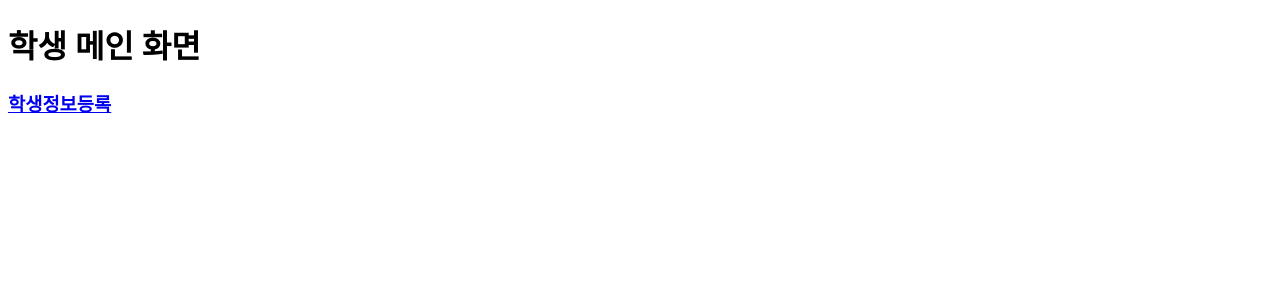
Repository: junesse-afk/ITJSP
Page: http://localhost/StudyJSP/jsp09_servlet/test6_student_main.jsp
An editor plug-in stored every save of this project. The page is shown before and after the next save, followed by the edit.
The browser window is 1280 px wide. The pictures show the whole page.
The page is served by Tomcat 10. Other server files are loaded and not shown.

Above is the page before, as saved 2024-11-27 00:17:41.

### workspace_jsp/StudyJSP/src/main/webapp/jsp09_servlet/test6_student_main.jsp
<%@ page language="java" contentType="text/html; charset=UTF-8"
    pageEncoding="UTF-8"%>
<!DOCTYPE html>
<html>
<head>
<meta charset="UTF-8">
<title>Insert title here</title>
</head>
<body>
	<h1>학생 메인 화면</h1>

	<h3><a href="StudentRegistForm.st">학생정보등록</a></h3>

</body>
</html>

After the next save:
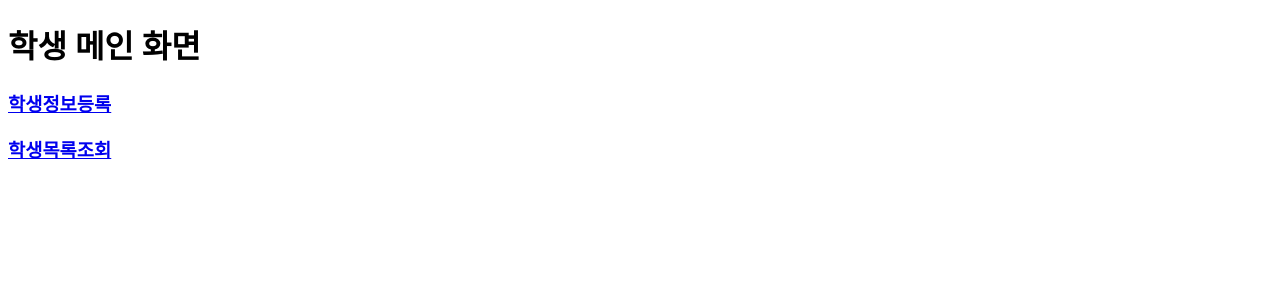
Saved 18 s later.
--- a/workspace_jsp/StudyJSP/src/main/webapp/jsp09_servlet/test6_student_main.jsp
+++ b/workspace_jsp/StudyJSP/src/main/webapp/jsp09_servlet/test6_student_main.jsp
@@ -11,5 +11,6 @@
 
 	<h3><a href="StudentRegistForm.st">학생정보등록</a></h3>
 
+	<h3><a href="StudentList.st">학생목록조회</a></h3>
 </body>
 </html>
